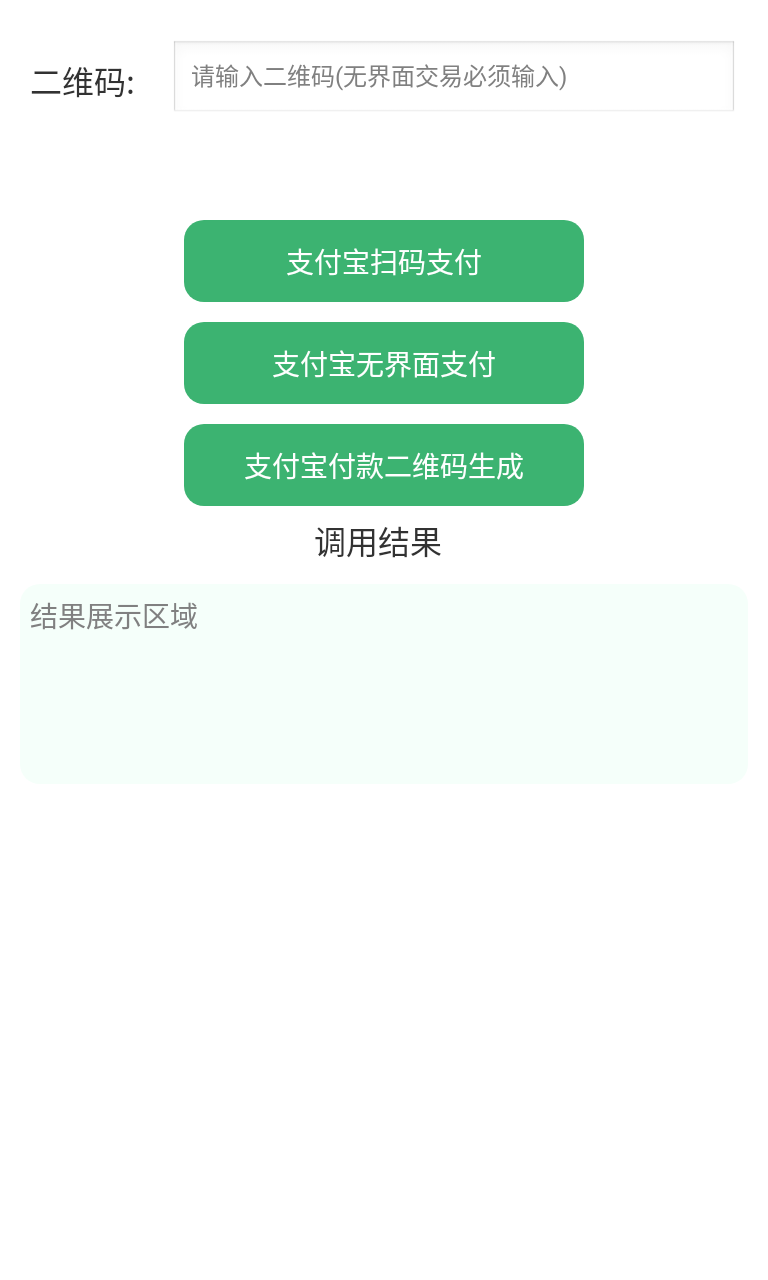
Repository: blanks1314/sysnc_android
Layout: UpayDemo/res/layout/fragment_lakala.xml
An editor plug-in stored every save of this project. The layout is shown before and after the next save, followed by the edit.
It is drawn on a 768 x 1280 px phone screen (xhdpi) without system bars, with theme AppTheme; the app's code is not run.

Above is the layout before, as saved 2015-04-28 10:19:28.

### UpayDemo/res/layout/fragment_lakala.xml
<?xml version="1.0" encoding="utf-8"?>
<LinearLayout xmlns:android="http://schemas.android.com/apk/res/android"
    android:layout_width="match_parent"
    android:layout_height="match_parent"
    android:orientation="vertical"
    android:gravity="center_horizontal"
    android:padding="10dp">

     <LinearLayout style="@style/linear_style_1" >

        <TextView
            android:layout_width="70dp"
            android:layout_height="wrap_content"
            android:textSize="16sp"
            android:text="二维码:" />

        <EditText
            android:id="@+id/tv_qrcode"
            style="@style/edit_style_1"
            android:textSize="12sp"
            android:hint="请输入二维码(无界面交易必须输入)" />
    </LinearLayout>

    <Button
        android:id="@+id/btn_pay"
        style="@style/btn_style_1"
        android:layout_marginTop="50dp"
        android:text="支付宝扫码支付" />
    <Button
        android:id="@+id/btn_pay_none"
        style="@style/btn_style_1"
        android:text="支付宝无界面支付" />
    <Button
        android:id="@+id/btn_qrcode"
        style="@style/btn_style_1"
        android:text="支付宝付款二维码生成" />
    <TextView
            android:layout_width="70dp"
            android:layout_height="wrap_content"
            android:textSize="16sp"
            android:layout_marginTop="5dp"
            android:text="调用结果" />

    <TextView
        android:id="@+id/tv_payResult"
        android:layout_width="match_parent"
        android:layout_height="wrap_content"
        android:background="@drawable/text_shape"
        android:layout_marginTop="10dp"
        android:padding="5dp"
        android:minHeight="100dp"
        android:hint="结果展示区域"/>

</LinearLayout>

### UpayDemo/res/values/styles.xml
<resources xmlns:android="http://schemas.android.com/apk/res/android">

    <!--
        Base application theme, dependent on API level. This theme is replaced
        by AppBaseTheme from res/values-vXX/styles.xml on newer devices.




    -->
    <style name="AppBaseTheme" parent="Theme.AppCompat.Light">
        <!--
            Theme customizations available in newer API levels can go in
            res/values-vXX/styles.xml, while customizations related to
            backward-compatibility can go here.




        -->
    </style>

    <!-- Application theme. -->
   <!--  <style name="AppTheme" parent="AppBaseTheme">
        All customizations that are NOT specific to a particular API-level can go here.
    </style> -->

    <style name="AppTheme" parent="Theme.AppCompat.Light">
        <item name="tabView">@style/TabView</item>
        <item name="tabPageIndicator">@style/TabIndicator</item>
    </style>

    <style name="TabIndicator" />

    <style name="TabView">
        <item name="android:addStatesFromChildren">true</item>
        <item name="android:orientation">vertical</item>
        <item name="android:gravity">bottom|center_horizontal</item>
        <item name="android:layout_width">0dp</item>
        <item name="android:background">@android:color/white</item>
        <item name="android:layout_height">match_parent</item>
    </style>

    <style name="text_style_1">
        <item name="android:textSize">16sp</item>
        <item name="android:layout_width">0dp</item>
        <item name="android:layout_weight">1</item>
        <item name="android:layout_height">fill_parent</item>
        <item name="android:gravity">center_vertical</item>
        <item name="android:ellipsize">marquee</item>
        <item name="android:singleLine">true</item>
    </style>
    <style name="edit_style_1">
        <item name="android:textSize">16sp</item>
        <item name="android:layout_width">0dp</item>
        <item name="android:layout_weight">1</item>
        <item name="android:layout_height">fill_parent</item>
        <item name="android:gravity">center_vertical</item>
    </style>

    <style name="spn_style_1">
        <item name="android:textSize">10sp</item>
        <item name="android:layout_width">wrap_content</item>
        <item name="android:layout_height">fill_parent</item>
    </style>

    <style name="linear_style_1">
        <item name="android:layout_width">match_parent</item>
        <item name="android:gravity">center_vertical</item>
        <item name="android:layout_height">40dp</item>
        <item name="android:orientation">horizontal</item>
        <item name="android:layout_marginLeft">5dp</item>
        <item name="android:layout_marginRight">5dp</item>
        <item name="android:layout_marginTop">10dp</item>
    </style>

    <style name="img_btn_1">
        <item name="android:layout_width">wrap_content</item>
        <item name="android:layout_height">wrap_content</item>
        <item name="android:padding">10dp</item>

    </style>


    <style name="btn_style_1">
        <item name="android:layout_width">200dp</item>
        <item name="android:layout_height">wrap_content</item>
        <item name="android:background">@drawable/btn_selecter</item>
        <item name="android:textColor">@color/white</item>
        <item name="android:layout_marginTop">10dp</item>
    </style>

</resources>

### UpayDemo/res/values/attrs.xml
<?xml version="1.0" encoding="utf-8"?>
<resources>
    <declare-styleable name="TabView">
        <attr name="tabPageIndicator" format="reference" />
        <attr name="tabView" format="reference" />
    </declare-styleable>

    <string-array name="currTypes">
        <item >RMB(156)</item>
    </string-array>
</resources>

### UpayDemo/res/drawable/text_shape.xml
<?xml version="1.0" encoding="utf-8"?>
<shape xmlns:android="http://schemas.android.com/apk/res/android" >

    <!-- 填充的颜色 -->
    <solid android:color="@color/text_result" />
    <!-- 设置按钮的四个角为弧形 -->
    <!-- android:radius 弧形的半径 -->
    <corners android:radius="10dip" />

    <!-- padding：Button里面的文字与Button边界的间隔 -->
    <padding
        android:bottom="5dp"
        android:left="5dp"
        android:right="5dp"
        android:top="5dp" />

</shape>

### UpayDemo/res/values/color.xml
<?xml version="1.0" encoding="utf-8"?>
<resources>

    <color name="white">#FFFFFF</color>
    <color name="tab_text_normal">#696969</color>
    <color name="tab_text_selected">#73bf40</color>
    <color name="btn_selecter_1">#3CB371</color>
    <color name="btn_selecter_2">#FFA500</color>
    <color name="text_result">#F5FFFA</color>

</resources>

### UpayDemo/res/drawable/btn_selecter.xml
<?xml version="1.0" encoding="utf-8"?>
<selector xmlns:android="http://schemas.android.com/apk/res/android">

    <item android:state_pressed="true"><shape android:shape="rectangle">

            <!-- 填充的颜色 -->
            <solid android:color="@color/btn_selecter_2" />
            <!-- 设置按钮的四个角为弧形 -->
            <!-- android:radius 弧形的半径 -->
            <corners android:radius="10dip" />

            <!-- padding：Button里面的文字与Button边界的间隔 -->
            <padding android:bottom="10dp" android:left="10dp" android:right="10dp" android:top="10dp" />
        </shape></item>
         <item android:state_selected="false"><shape android:shape="rectangle">

            <!-- 填充的颜色 -->
            <solid android:color="@color/btn_selecter_1" />
            <!-- 设置按钮的四个角为弧形 -->
            <!-- android:radius 弧形的半径 -->
            <corners android:radius="10dip" />

            <!-- padding：Button里面的文字与Button边界的间隔 -->
            <padding android:bottom="10dp" android:left="10dp" android:right="10dp" android:top="10dp" />
        </shape></item>

</selector>

Loaded but not shown: UpayDemo/res/values-v11/styles.xml (common file); UpayDemo/res/values-v14/styles.xml (common file); UpayDemo/res/values/values.xml (657 lines, source omitted)

After the next save:
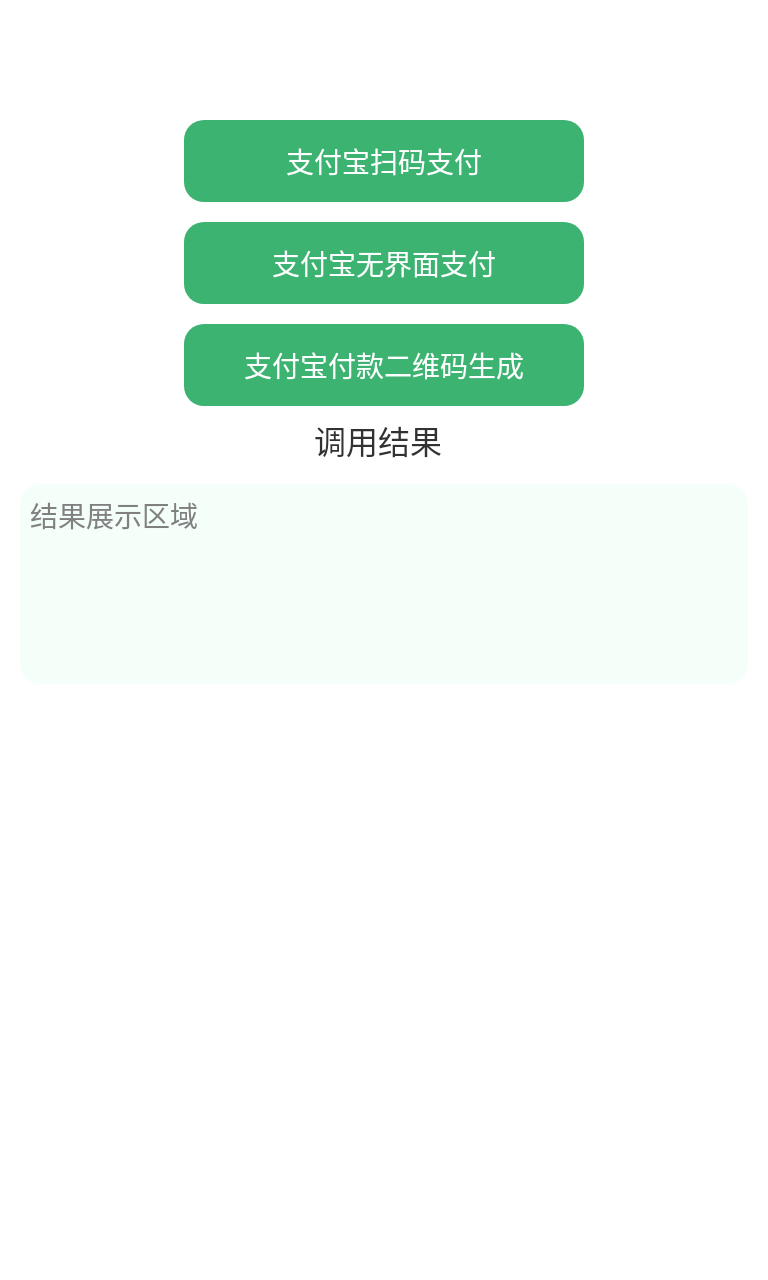
Saved 16 h 1 min later.
--- a/UpayDemo/res/layout/fragment_lakala.xml
+++ b/UpayDemo/res/layout/fragment_lakala.xml
@@ -2,53 +2,41 @@
 <LinearLayout xmlns:android="http://schemas.android.com/apk/res/android"
     android:layout_width="match_parent"
     android:layout_height="match_parent"
+    android:gravity="center_horizontal"
     android:orientation="vertical"
-    android:gravity="center_horizontal"
-    android:padding="10dp">
-
-     <LinearLayout style="@style/linear_style_1" >
-
-        <TextView
-            android:layout_width="70dp"
-            android:layout_height="wrap_content"
-            android:textSize="16sp"
-            android:text="二维码:" />
-
-        <EditText
-            android:id="@+id/tv_qrcode"
-            style="@style/edit_style_1"
-            android:textSize="12sp"
-            android:hint="请输入二维码(无界面交易必须输入)" />
-    </LinearLayout>
+    android:padding="10dp" >
 
     <Button
         android:id="@+id/btn_pay"
         style="@style/btn_style_1"
         android:layout_marginTop="50dp"
         android:text="支付宝扫码支付" />
+
     <Button
         android:id="@+id/btn_pay_none"
         style="@style/btn_style_1"
         android:text="支付宝无界面支付" />
+
     <Button
         android:id="@+id/btn_qrcode"
         style="@style/btn_style_1"
         android:text="支付宝付款二维码生成" />
+
     <TextView
-            android:layout_width="70dp"
-            android:layout_height="wrap_content"
-            android:textSize="16sp"
-            android:layout_marginTop="5dp"
-            android:text="调用结果" />
+        android:layout_width="70dp"
+        android:layout_height="wrap_content"
+        android:layout_marginTop="5dp"
+        android:text="调用结果"
+        android:textSize="16sp" />
 
     <TextView
         android:id="@+id/tv_payResult"
         android:layout_width="match_parent"
         android:layout_height="wrap_content"
+        android:layout_marginTop="10dp"
         android:background="@drawable/text_shape"
-        android:layout_marginTop="10dp"
-        android:padding="5dp"
+        android:hint="结果展示区域"
         android:minHeight="100dp"
-        android:hint="结果展示区域"/>
+        android:padding="5dp" />
 
 </LinearLayout>
